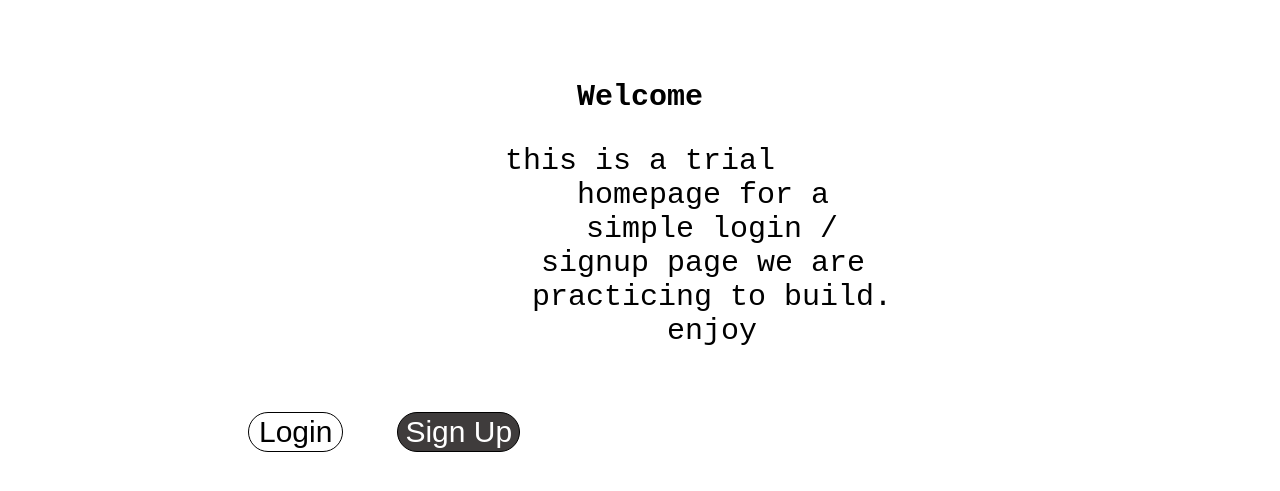
Repository: yhung004/TUTORIAL_PAGE
Page: home.html
The author's editor kept a copy of each file at every save. The page is drawn from the files as they stood at one save, then again after the next save.
The browser window is 1280 px wide. The pictures show the whole page.

Above is the page before, as saved 2024-04-10 01:55:03.

After the next save:
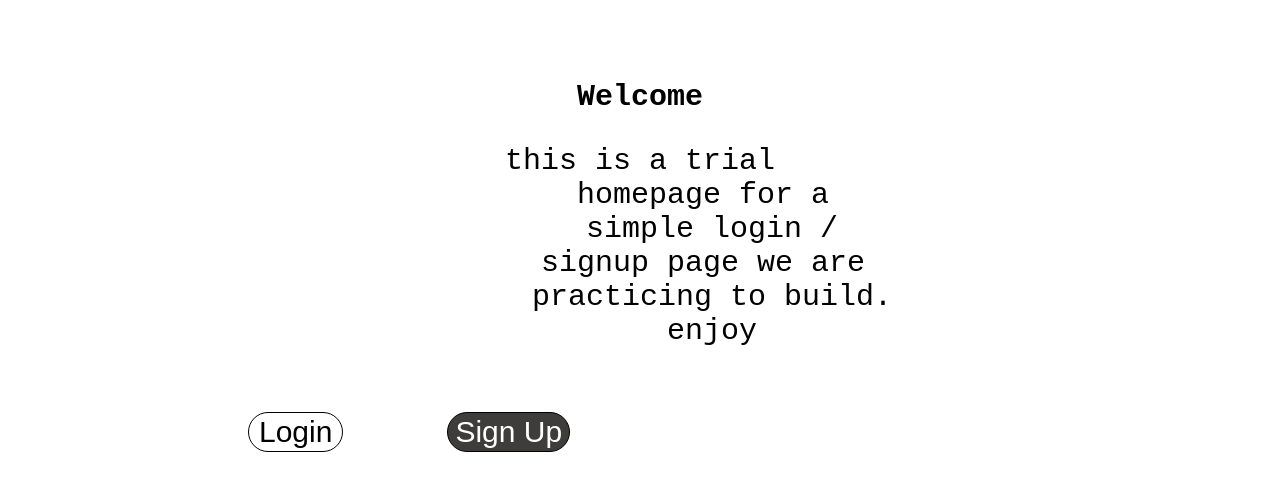
Saved 17 s later.
--- a/main.css
+++ b/main.css
@@ -20,7 +20,7 @@
 }
 .button_b {
     position: relative;
-    margin: 0 -250px 0 250px;
+    margin: 0 -250px 0 300px;
     border : 1px solid black;
     border-radius: 20px;
     background-color: rgb(63, 60, 60);
